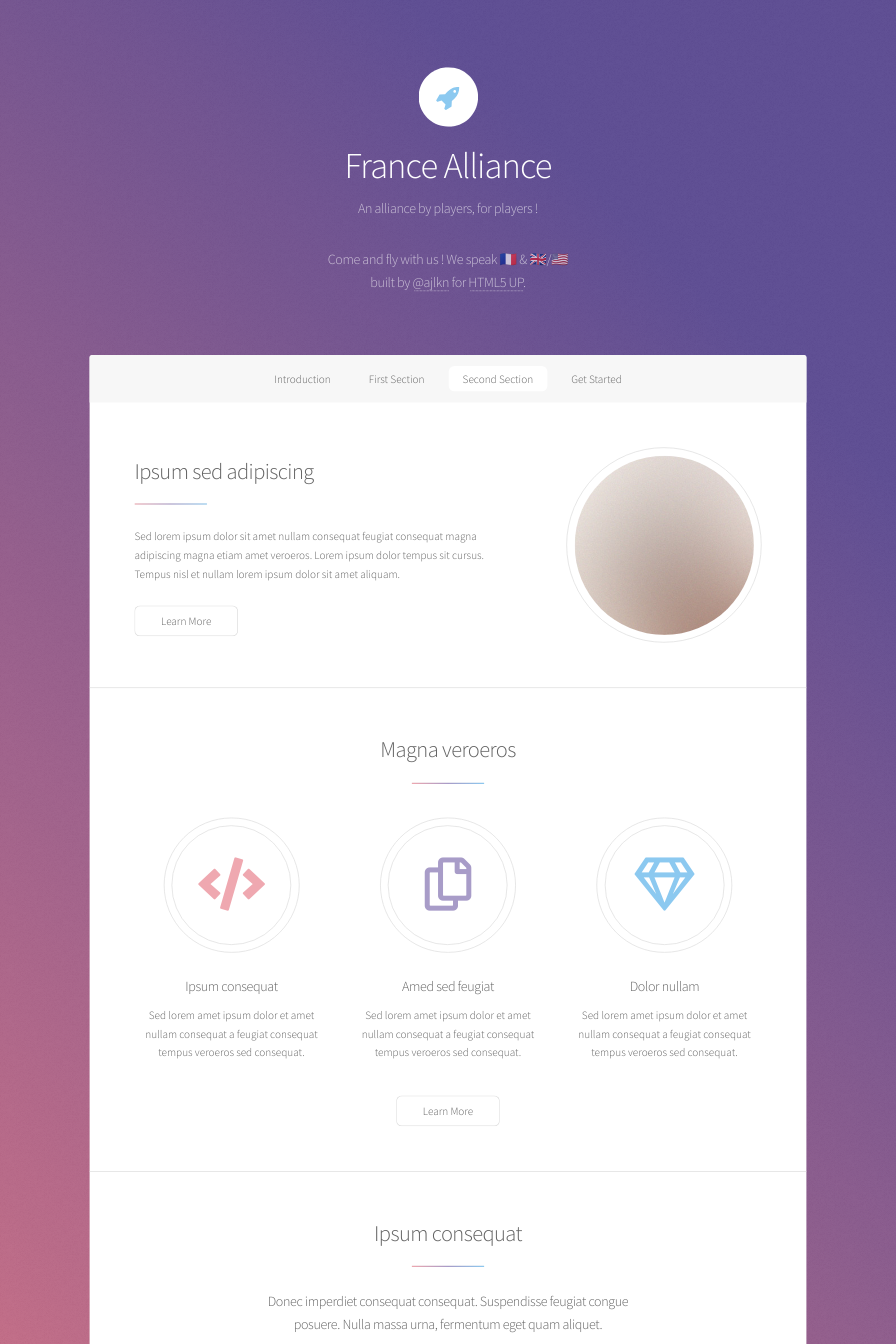
Repository: France-Alliance/France-Alliance.github.io
Page: index.html
The author's editor kept a copy of each file at every save. The page is drawn from the files as they stood at one save, then again after the next save.
The browser window is 1280 px wide. The pictures show the part of the page from y = 0 to 1920 px (the page is 3351 px tall before and 3366 px after), at 70% of full size.

Above is the page before, as saved 2021-04-05 20:07:30.

### index.html
<!DOCTYPE HTML>
<!--
	Stellar by HTML5 UP
	html5up.net | @ajlkn
	Free for personal and commercial use under the CCA 3.0 license (html5up.net/license)
-->
<html>
	<head>
		<title>France Alliance</title>
		<meta charset="utf-8" />
		<meta name="viewport" content="width=device-width, initial-scale=1, user-scalable=no" />
		<link rel="stylesheet" href="assets/css/main.css" />
		<noscript><link rel="stylesheet" href="assets/css/noscript.css" /></noscript>
	</head>
	<body class="is-preload">

		<!-- Wrapper -->
			<div id="wrapper">

				<!-- Header -->
					<header id="header" class="alt">
						<span class="logo"><img src="images/logo.svg" alt="" /></span>
						<h1>France Alliance</h1>
						<p>An alliance by players, for players ! <br />
						<p>	Come and fly with us ! We speak 🇫🇷 & 🇬🇧/🇺🇸<br />
						built by <a href="https://twitter.com/ajlkn">@ajlkn</a> for <a href="https://html5up.net">HTML5 UP</a>.</p>
					</header>

				<!-- Nav -->
					<nav id="nav">
						<ul>
							<li><a href="#intro" class="active">Introduction</a></li>
							<li><a href="#first">First Section</a></li>
							<li><a href="#second">Second Section</a></li>
							<li><a href="#cta">Get Started</a></li>
						</ul>
					</nav>

				<!-- Main -->
					<div id="main">

						<!-- Introduction -->
							<section id="intro" class="main">
								<div class="spotlight">
									<div class="content">
										<header class="major">
											<h2>Ipsum sed adipiscing</h2>
										</header>
										<p>Sed lorem ipsum dolor sit amet nullam consequat feugiat consequat magna
										adipiscing magna etiam amet veroeros. Lorem ipsum dolor tempus sit cursus.
										Tempus nisl et nullam lorem ipsum dolor sit amet aliquam.</p>
										<ul class="actions">
											<li><a href="generic.html" class="button">Learn More</a></li>
										</ul>
									</div>
									<span class="image"><img src="images/pic01.jpg" alt="" /></span>
								</div>
							</section>

						<!-- First Section -->
							<section id="first" class="main special">
								<header class="major">
									<h2>Magna veroeros</h2>
								</header>
								<ul class="features">
									<li>
										<span class="icon solid major style1 fa-code"></span>
										<h3>Ipsum consequat</h3>
										<p>Sed lorem amet ipsum dolor et amet nullam consequat a feugiat consequat tempus veroeros sed consequat.</p>
									</li>
									<li>
										<span class="icon major style3 fa-copy"></span>
										<h3>Amed sed feugiat</h3>
										<p>Sed lorem amet ipsum dolor et amet nullam consequat a feugiat consequat tempus veroeros sed consequat.</p>
									</li>
									<li>
										<span class="icon major style5 fa-gem"></span>
										<h3>Dolor nullam</h3>
										<p>Sed lorem amet ipsum dolor et amet nullam consequat a feugiat consequat tempus veroeros sed consequat.</p>
									</li>
								</ul>
								<footer class="major">
									<ul class="actions special">
										<li><a href="generic.html" class="button">Learn More</a></li>
									</ul>
								</footer>
							</section>

						<!-- Second Section -->
							<section id="second" class="main special">
								<header class="major">
									<h2>Ipsum consequat</h2>
									<p>Donec imperdiet consequat consequat. Suspendisse feugiat congue<br />
									posuere. Nulla massa urna, fermentum eget quam aliquet.</p>
								</header>
								<ul class="statistics">
									<li class="style1">
										<span class="icon solid fa-code-branch"></span>
										<strong>5,120</strong> Etiam
									</li>
									<li class="style2">
										<span class="icon fa-folder-open"></span>
										<strong>8,192</strong> Magna
									</li>
									<li class="style3">
										<span class="icon solid fa-signal"></span>
										<strong>2,048</strong> Tempus
									</li>
									<li class="style4">
										<span class="icon solid fa-laptop"></span>
										<strong>4,096</strong> Aliquam
									</li>
									<li class="style5">
										<span class="icon fa-gem"></span>
										<strong>1,024</strong> Nullam
									</li>
								</ul>
								<p class="content">Nam elementum nisl et mi a commodo porttitor. Morbi sit amet nisl eu arcu faucibus hendrerit vel a risus. Nam a orci mi, elementum ac arcu sit amet, fermentum pellentesque et purus. Integer maximus varius lorem, sed convallis diam accumsan sed. Etiam porttitor placerat sapien, sed eleifend a enim pulvinar faucibus semper quis ut arcu. Ut non nisl a mollis est efficitur vestibulum. Integer eget purus nec nulla mattis et accumsan ut magna libero. Morbi auctor iaculis porttitor. Sed ut magna ac risus et hendrerit scelerisque. Praesent eleifend lacus in lectus aliquam porta. Cras eu ornare dui curabitur lacinia.</p>
								<footer class="major">
									<ul class="actions special">
										<li><a href="generic.html" class="button">Learn More</a></li>
									</ul>
								</footer>
							</section>

						<!-- Get Started -->
							<section id="cta" class="main special">
								<header class="major">
									<h2>Congue imperdiet</h2>
									<p>Donec imperdiet consequat consequat. Suspendisse feugiat congue<br />
									posuere. Nulla massa urna, fermentum eget quam aliquet.</p>
								</header>
								<footer class="major">
									<ul class="actions special">
										<li><a href="generic.html" class="button primary">Get Started</a></li>
										<li><a href="generic.html" class="button">Learn More</a></li>
									</ul>
								</footer>
							</section>

					</div>

				<!-- Footer -->
					<footer id="footer">
						<section>
							<h2>Aliquam sed mauris</h2>
							<p>Sed lorem ipsum dolor sit amet et nullam consequat feugiat consequat magna adipiscing tempus etiam dolore veroeros. eget dapibus mauris. Cras aliquet, nisl ut viverra sollicitudin, ligula erat egestas velit, vitae tincidunt odio.</p>
							<ul class="actions">
								<li><a href="generic.html" class="button">Learn More</a></li>
							</ul>
						</section>
						<section>
							<h2>Etiam feugiat</h2>
							<dl class="alt">
								<dt>Address</dt>
								<dd>1234 Somewhere Road &bull; Nashville, TN 00000 &bull; USA</dd>
								<dt>Phone</dt>
								<dd>(000) 000-0000 x 0000</dd>
								<dt>Email</dt>
								<dd><a href="#">information@untitled.tld</a></dd>
							</dl>
							<ul class="icons">
								<li><a href="#" class="icon brands fa-twitter alt"><span class="label">Twitter</span></a></li>
								<li><a href="#" class="icon brands fa-facebook-f alt"><span class="label">Facebook</span></a></li>
								<li><a href="#" class="icon brands fa-instagram alt"><span class="label">Instagram</span></a></li>
								<li><a href="#" class="icon brands fa-github alt"><span class="label">GitHub</span></a></li>
								<li><a href="#" class="icon brands fa-dribbble alt"><span class="label">Dribbble</span></a></li>
							</ul>
						</section>
						<p class="copyright">&copy; Untitled. Design: <a href="https://html5up.net">HTML5 UP</a>.</p>
					</footer>

			</div>

		<!-- Scripts -->
			<script src="assets/js/jquery.min.js"></script>
			<script src="assets/js/jquery.scrollex.min.js"></script>
			<script src="assets/js/jquery.scrolly.min.js"></script>
			<script src="assets/js/browser.min.js"></script>
			<script src="assets/js/breakpoints.min.js"></script>
			<script src="assets/js/util.js"></script>
			<script src="assets/js/main.js"></script>

	</body>
</html>

Loaded but not shown: assets/js/jquery.min.js (library); assets/js/jquery.scrollex.min.js (common file); assets/css/fontawesome-all.min.css (library); assets/js/jquery.scrolly.min.js (common file); assets/js/browser.min.js (common file); assets/js/breakpoints.min.js (common file); assets/js/util.js (587 lines, source omitted); assets/js/main.js (123 lines, source omitted); assets/css/main.css (3785 lines, source omitted)

After the next save:
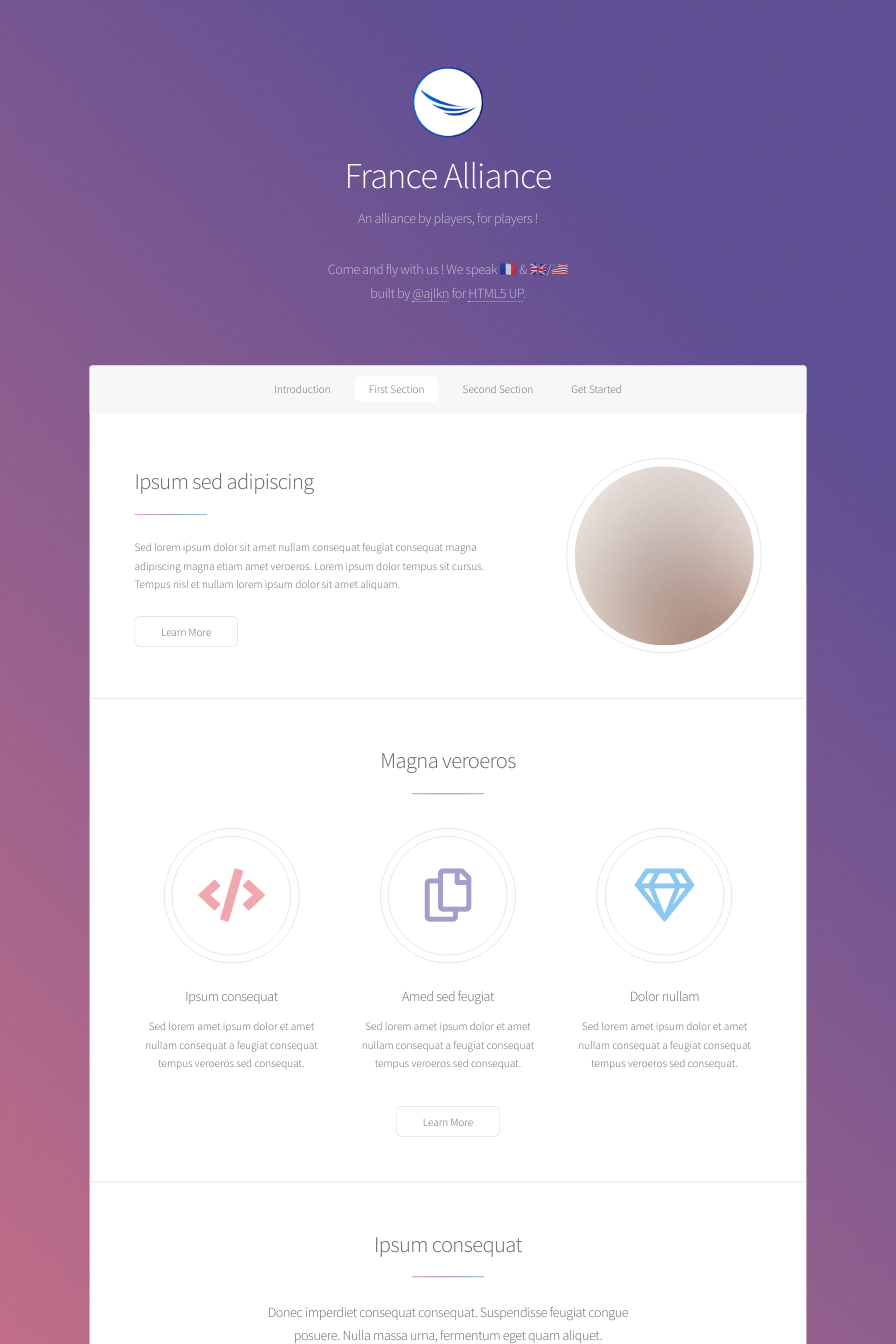
Saved 67 min 29 s later.
--- a/index.html
+++ b/index.html
@@ -19,7 +19,7 @@
 
 				<!-- Header -->
 					<header id="header" class="alt">
-						<span class="logo"><img src="images/logo.svg" alt="" /></span>
+						<span class="logo"><img src="images/Fichier 1.png" alt="" /></span>
 						<h1>France Alliance</h1>
 						<p>An alliance by players, for players ! <br />
 						<p>	Come and fly with us ! We speak 🇫🇷 & 🇬🇧/🇺🇸<br />
